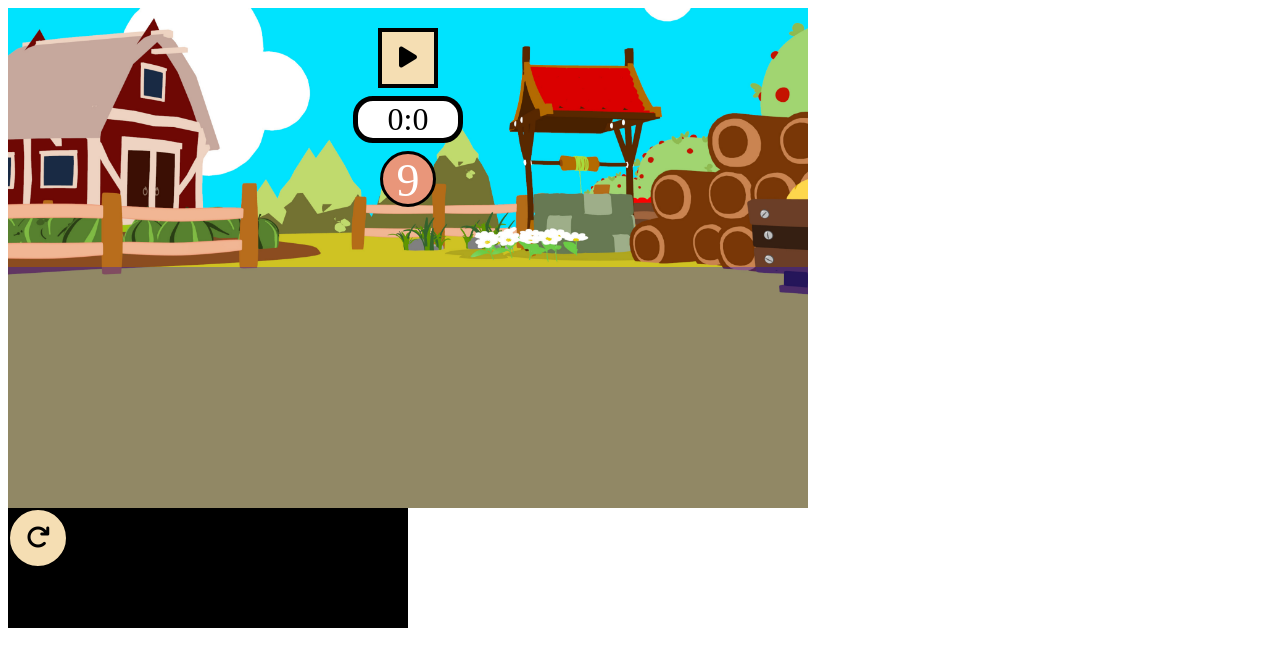
Repository: rumor1993/DreamCoding-Browser101
Page: Chapter07/ellie/index.html
An editor plug-in stored every save of this project. The page is shown before and after the next save, followed by the edit.
The browser window is 1280 px wide. The pictures show the whole page.
Some web libraries are served in a nearby version.

Above is the page before, as saved 2021-01-03 18:45:31.

### Chapter07/ellie/index.html
<!DOCTYPE html>
<html lang="en">
  <head>
    <meta charset="UTF-8" />
    <meta name="viewport" content="width=device-width, initial-scale=1.0" />
    <title>Document</title>
    <link rel="stylesheet" href="index.css" />
    <script src="https://kit.fontawesome.com/86c035f01d.js" crossorigin="anonymous"></script>
    <script src="index.js"></script>
  </head>
  <body>
    <section class="game">
      <header class="game-header">
        <button class="game-button">
          <i class="fas fa-play"></i>
        </button>
        <span class="game-timer">0:0</span>
        <span class="game-score">9</span>
      </header>
      <section class="game-field"></section>
    </section>
    <section class="pop-up">
      <button class="pop-up-refresh">
        <i class="fas fa-redo"></i>
      </button>
      <span class="pop-up-message"></span>
    </section>
  </body>
</html>

### Chapter07/ellie/index.css
button {
  border: none;
  outline: none;
  cursor: pointer;
}

.game {
  display: flex;
  flex-direction: column;
  width: 800px;
  height: 500px;
  background: url("../carrot/img/background.png") center/cover;
}

.game-header {
  display: flex;
  flex-direction: column;
  align-items: center;
  padding: 20px;
}

.game-button {
  width: 60px;
  height: 60px;
  background-color: wheat;
  border: 4px solid black;
  font-size: 24px;
  transition: transform 300ms ease-in;
}

.game-button:hover {
  transform: scale(1.1);
}

.game-timer {
  width: 100px;
  background-color: white;
  text-align: center;
  border: 5px solid black;
  border-radius: 20px;
  font-size: 32px;
  margin-top: 8px;
}

.game-score {
  text-align: center;
  width: 50px;
  height: 50px;
  font-size: 46px;
  margin-top: 8px;
  border: 3px solid black;
  border-radius: 50%;
  background-color: darksalmon;
  color: white;
}

.game-field {
  width: 100%;
  height: 100%;
  margin-top: 40px;
  background-color: blue;
  opacity: 0.3;
}

.pop-up {
  width: 400px;
  height: 120px;
  background-color: black;
  color: white;
}

.pop-up-refresh {
  width: 60px;
  height: 60px;
  font-size: 24px;
  background-color: wheat;
  border: 2px solid black;
  border-radius: 50%;
}

### Chapter07/ellie/index.js
window.addEventListener("load", () => {
  const section = document.querySelector("section");
  let carrotCount = 10;

  for (let i = 0; i < carrotCount; i++) {
    createCarrot();
    createBug();
  }

  function createCarrot() {
    const carrot = document.createElement("div");
    carrot.setAttribute("class", "carrot");
    section.appendChild(carrot);
  }

  function createBug() {
    const bug = document.createElement("div");
    bug.setAttribute("class", "bug");
    section.appendChild(bug);
  }
});

After the next save:
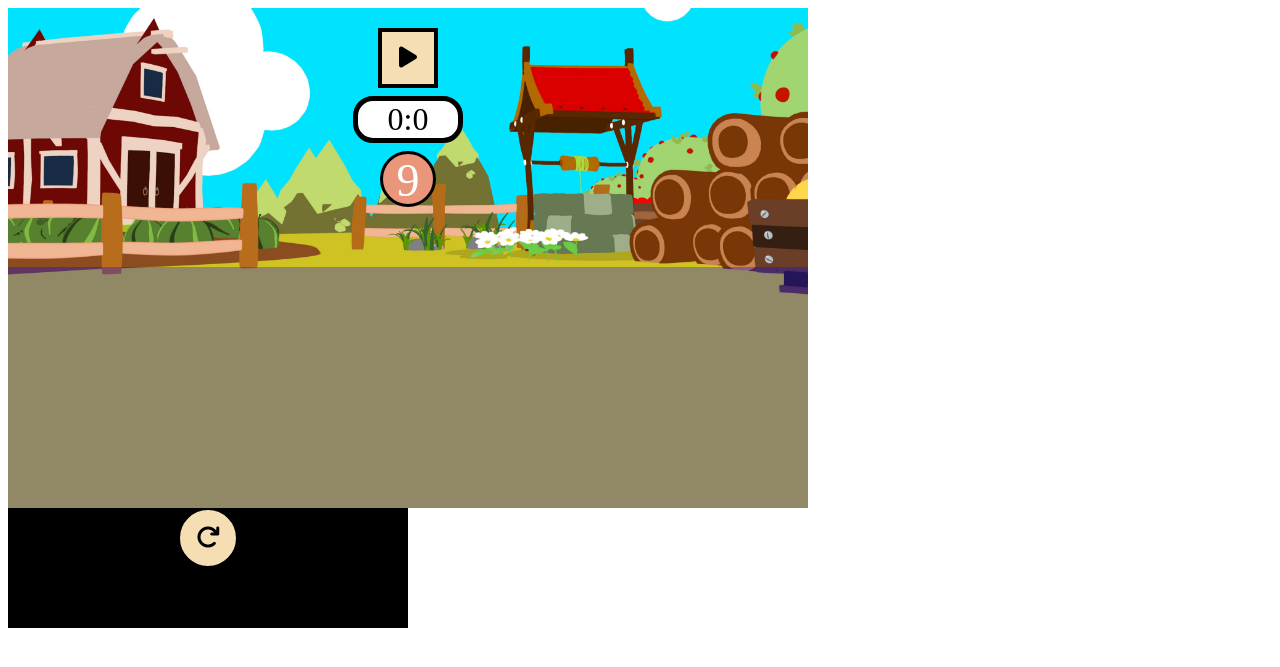
Saved 31 s later.
--- a/Chapter07/ellie/index.css
+++ b/Chapter07/ellie/index.css
@@ -67,6 +67,7 @@ button {
   height: 120px;
   background-color: black;
   color: white;
+  text-align: center;
 }
 
 .pop-up-refresh {
@@ -77,3 +78,7 @@ button {
   border: 2px solid black;
   border-radius: 50%;
 }
+
+.pop-up-message {
+  display: block;
+}
